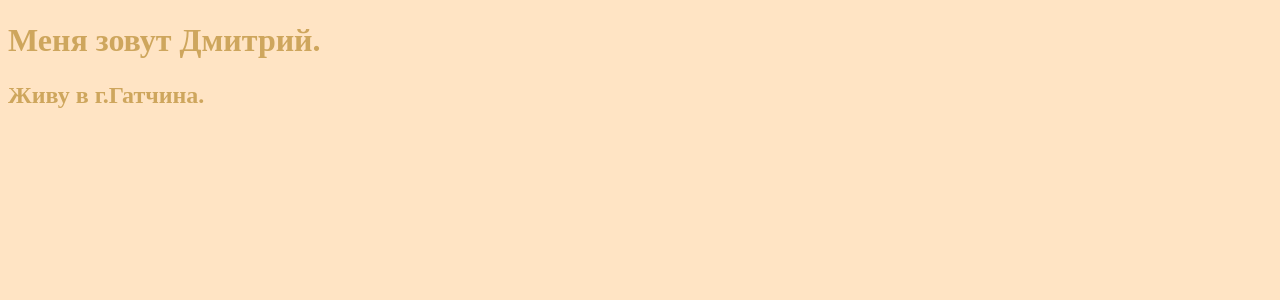
Repository: KoltsovDmitriy/Portfolio
Page: index.html
An editor plug-in stored every save of this project. The page is shown before and after the next save, followed by the edit.
The browser window is 1280 px wide. The pictures show the whole page.

Above is the page before, as saved 2023-03-10 10:18:06.

After the next save:
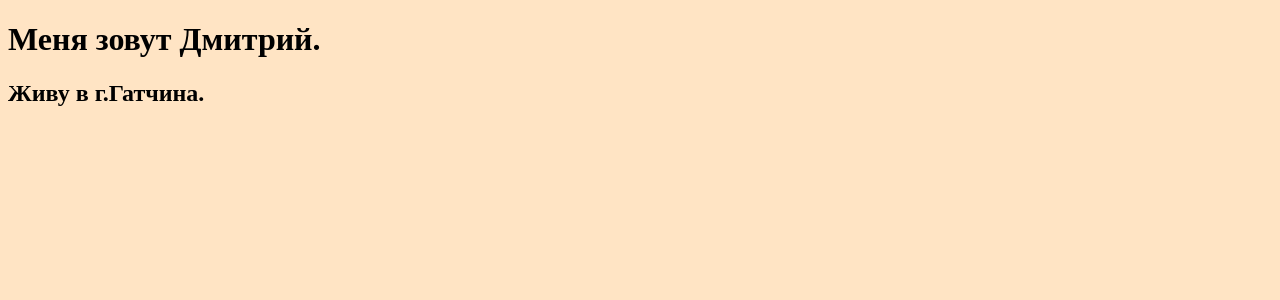
Saved 34 s later.
--- a/style.css
+++ b/style.css
@@ -1,8 +1,6 @@
 body{
     font-style: normal;
     font-size: 16px;
-    line-height: 1.2;
     font-weight: normal;
-    color: rgb(206, 166, 93);
     background-color: bisque;
 }
